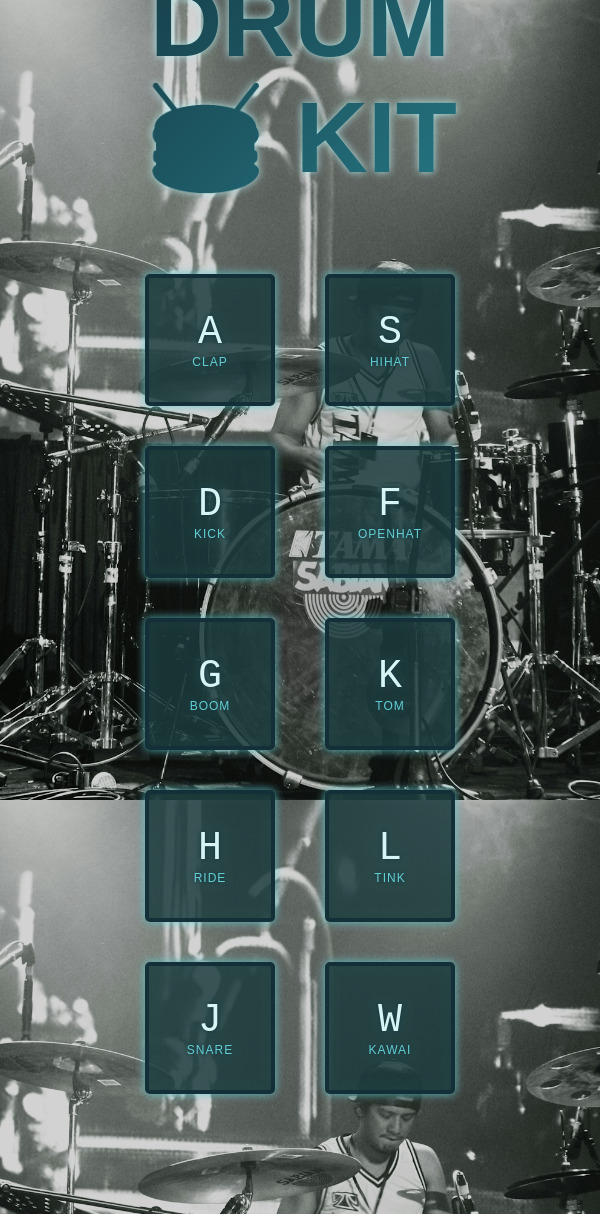
Repository: Freezler/drumkitJS
Page: index.html
An editor plug-in stored every save of this project. The page is shown before and after the next save, followed by the edit.
The browser window is 600 px wide. The pictures show the whole page.
Backgrounds fixed to the window are drawn as part of the page.

Above is the page before, as saved 2024-08-24 10:53:10.
Console error: ReferenceError: key is not defined

### index.html
<!DOCTYPE html>
<html lang="en">

<head>
  <meta charset="UTF-8">
  <title>JS Drum Kit</title>
  <link rel="stylesheet" href="style.css">
  <link rel="icon" href="https://fav.farm/🔥" />
</head>

<body>
  <main>

    <h1>Drum 🥁 Kit</h1>

    <div class="keys">
      <div data-key="65" class="key">
        <kbd>A</kbd>
        <span class="sound">clap</span>
      </div>
      <div data-key="83" class="key">
        <kbd>S</kbd>
        <span class="sound">hihat</span>
      </div>
      <div data-key="68" class="key">
        <kbd>D</kbd>
        <span class="sound">kick</span>
      </div>
      <div data-key="70" class="key">
        <kbd>F</kbd>
        <span class="sound">openhat</span>
      </div>
      <div data-key="71" class="key">
        <kbd>G</kbd>
        <span class="sound">boom</span>
      </div>
      <div data-key="72" class="key">
        <kbd>H</kbd>
        <span class="sound">ride</span>
      </div>
      <div data-key="74" class="key">
        <kbd>J</kbd>
        <span class="sound">snare</span>
      </div>
      <div data-key="75" class="key">
        <kbd>K</kbd>
        <span class="sound">tom</span>
      </div>
      <div data-key="76" class="key">
        <kbd>L</kbd>
        <span class="sound">tink</span>
      </div>
      <div data-key="87" class="key">
        <kbd>W</kbd>
        <span class="sound">kawai</span>
      </div>
    </div>
  </main>

  <audio data-key="65" src="sounds/clap.wav"></audio>
  <audio data-key="83" src="sounds/hihat.wav"></audio>
  <audio data-key="68" src="sounds/kick.wav"></audio>
  <audio data-key="70" src="sounds/openhat.wav"></audio>
  <audio data-key="71" src="sounds/boom.wav"></audio>
  <audio data-key="72" src="sounds/ride.wav"></audio>
  <audio data-key="74" src="sounds/snare.wav"></audio>
  <audio data-key="75" src="sounds/tom.wav"></audio>
  <audio data-key="76" src="sounds/tink.wav"></audio>
  <audio data-key="87" src="sounds/kawai.wav"></audio>


  <script>
    function removeTransition(event) {
      const { propertyName } = event;
      if (propertyName !== 'transform') return;
      event.target.classList.remove('playing');
    }

    function playSound(event) {
      const keyCode = event.type === 'keydown' ? event.keyCode : this.getAttribute('data-key');
      const audio = document.querySelector(`audio[data-key="${keyCode}"]`);
      const key = document.querySelector(`.key[data-key="${keyCode}"]`);
      if (!audio) return;
      key.classList.add('playing');
      audio.currentTime = 0;
      audio.play();
    }

    window.addEventListener('keydown', playSound);

    const keys = document.querySelectorAll('.key');
    keys.forEach(key => {
      key.addEventListener('transitionend', removeTransition);
      key.addEventListener('click', playSound);
    });
    key.addEventListener('touchstart', function (event) {
      event.preventDefault();  // Prevent default touch behavior
      playSound.call(this, event);
    });
  </script>


</body>

</html>

### style.css
:root {
  --000: #f0fbfa;
  --100: #d8f5f5;
  --200: #b5eaec;
  --300: #63cfd5;
  --400: #48bfc8;
  --500: #2da2ad;
  --600: #288492;
  --700: #266b78;
  --800: #275963;
  --900: #254a54;
  --950: #133039;
}

html {
  font-size: 10px;
  background: url('./background2.jpg') bottom center;
  background-color: var(--600);
  background-size: cover;
  background-attachment: fixed;
  background-position: center center;
  background-repeat: no-repeat;
  max-height: 100vh;
  user-select: none;
}

body,
html {
  margin: 0;
  padding: 0;
  font-family: sans-serif;
}

h1 {
  padding-inline: 2rem;
  text-align: center;
  color: white;
  background-image: linear-gradient(135deg, var(--950) 0%, var(--600) 100%);
  filter: drop-shadow(0 0 4px var(--200));
  text-shadow: #080d0d 2px 2px 12px 22px;
  color: transparent;
  background-clip: text;
  -webkit-background-clip: text;
  text-transform: uppercase;
  font-size: 10rem;

  text-wrap: balance;
}

main {
  place-self: center;
  display: grid;
  place-items: center;
  height: 100vh;
  place-content: center;
  text-align: center;
  width: 100vw;
  transition: all 0.07s;
}

.keys {
  display: grid;
  grid-row: auto;
  grid-template-columns: repeat(2, 1fr);
  width: fit-content;
  min-width: 60vw;
  min-height:80vh;
  width: fit-content;
  text-align: center;
  transition: all 0.03s;
  place-items: center;

  .key[data-key="87"] {
    place-content: center;
    grid-column: 2;
    grid-row: 4;
  }

}

.key {
  border: .4rem solid var(--950);
  border-radius: .5rem;
  margin: 2rem;
  font-size: 48px;
  padding: .2rem .125rem;
  transition: all .07s ease;

  width: 12rem;
  height: 12rem;
  display: grid;
  place-items: center;
  place-content: center;

  text-align: center;
  color: var(--100);
  filter: drop-shadow(0 0 .5rem var(--300));
  text-shadow: 0 0 .5rem var(--950);
  background: #01010199;
}

@media screen and (min-width: 1000px) {
  .keys {
    grid-template-columns: repeat(4, 1fr);
    .key[data-key="87"] {
      place-content: center;
      grid-column: 2;
      grid-row: 3;
    }
    .key[data-key="76"] {
      place-content: center;
      grid-column: 3;
      grid-row: 3;
    }
    .key[data-key="75"] {
      place-content: center;
      grid-column: 4;
      grid-row: 2;
    }


  }

}


@media screen and (max-width: 960px) {
  .keys {
    grid-template-columns: repeat(3, 1fr);
    /* Wrap into 3 columns on medium screens */
    .key[data-key="87"] {
      place-content: center;
      grid-column: 2;
      grid-row: 5
    }
  }
}

@media screen and (max-width: 720px) {
  main{
    margin-top: 10rem;
    min-height: 80vh;
    width: 100%;
  }
  .keys {
    padding-block: 10rem;
    grid-template-columns: repeat(2, 1fr);
    /* Wrap into 2 columns on small screens */

  }
  .key[data-key="87"] {
    place-content: center;
    grid-column: 2;
    grid-row: 5
  }
  .key[data-key="76"] {
    place-content: center;
    grid-column: 2;
    grid-row: 4;
  }
  .key[data-key="75"] {
    place-content: center;
    grid-column: 2;
    grid-row: 3;
  }
}

@media screen and (max-width: 360px) {
  .keys {
    grid-template-columns: repeat(1, 1fr);
    /* Wrap into 1 column on small screens */
    min-height: 80vh;
  }

  .key[data-key="87"] {
    place-content: center;
    grid-column: 2;
    grid-row: 3;
  }
  .key[data-key="76"] {
    place-content: center;
    grid-column: 3;
    grid-row: 3;
  }
  .key[data-key="75"] {
    place-content: center;
    grid-column: 4;
    grid-row: 2;
  }
}



.playing {
  transform: scale(1.1);
  border-color: var(--400);
  box-shadow: 0 0px 1git 4px 0px var(--300);
}

kbd {
  display: block;
  font-size: 4rem;
}

.sound {
  font-size: 1.2rem;
  text-transform: uppercase;
  letter-spacing: .1rem;
  color: var(--300);
}

After the next save:
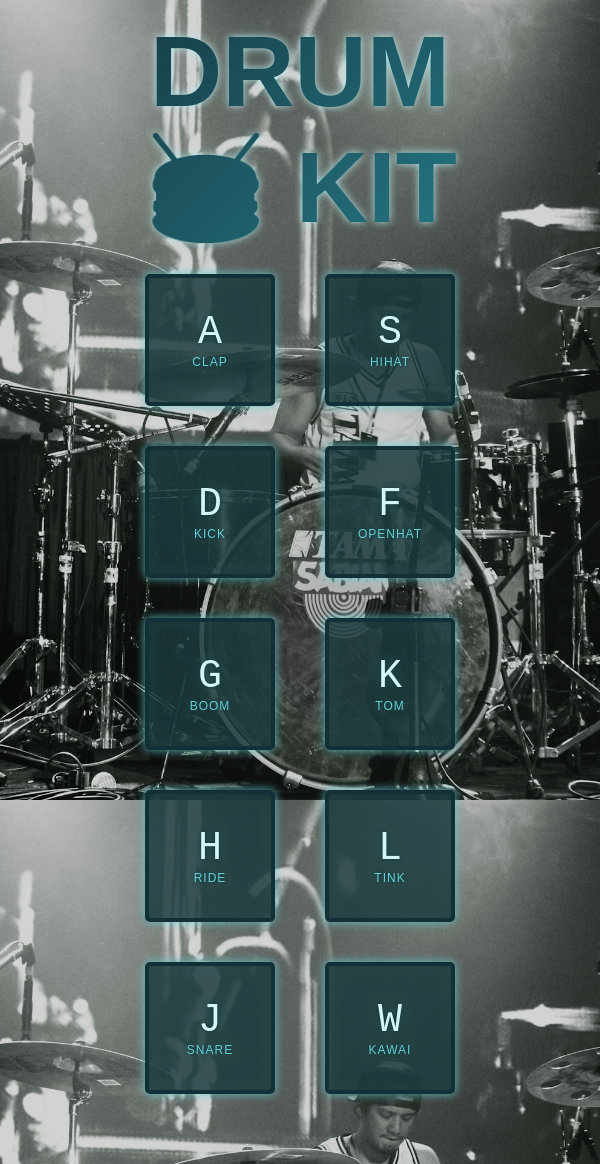
Saved 4 s later.
--- a/style.css
+++ b/style.css
@@ -143,7 +143,7 @@
     width: 100%;
   }
   .keys {
-    padding-block: 10rem;
+    padding-block: 5rem;
     grid-template-columns: repeat(2, 1fr);
     /* Wrap into 2 columns on small screens */
 
